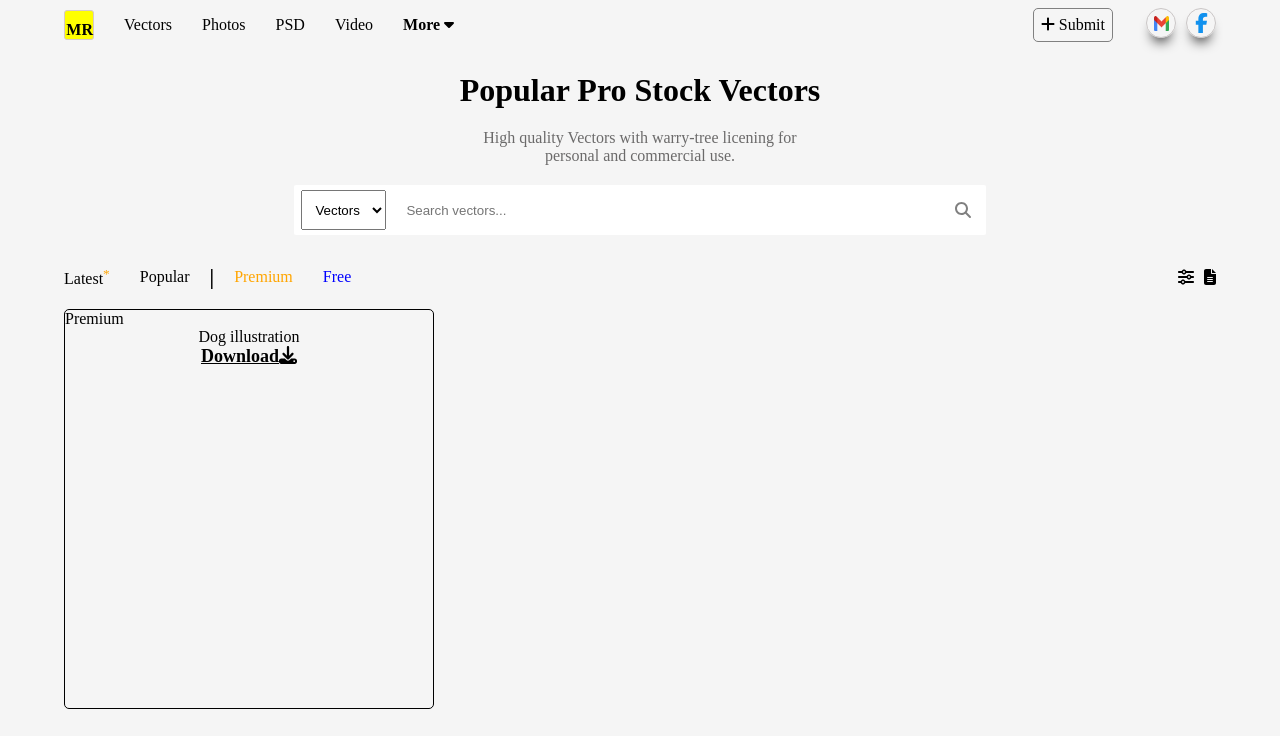
Repository: kegbaDev/VectorTemplate
Page: /
An editor plug-in stored every save of this project. The page is shown before and after a run of saves, followed by the edit.
The browser window is 1280 px wide. The pictures show the whole page.
The project was rebuilt for these pictures with package versions that can differ from the ones it lists, and the page was loaded fresh each time. Also part of the build but not shown: vite.config.js.

Above is the page before, as saved 2023-04-12 00:01:31.

After the next 18 saves:
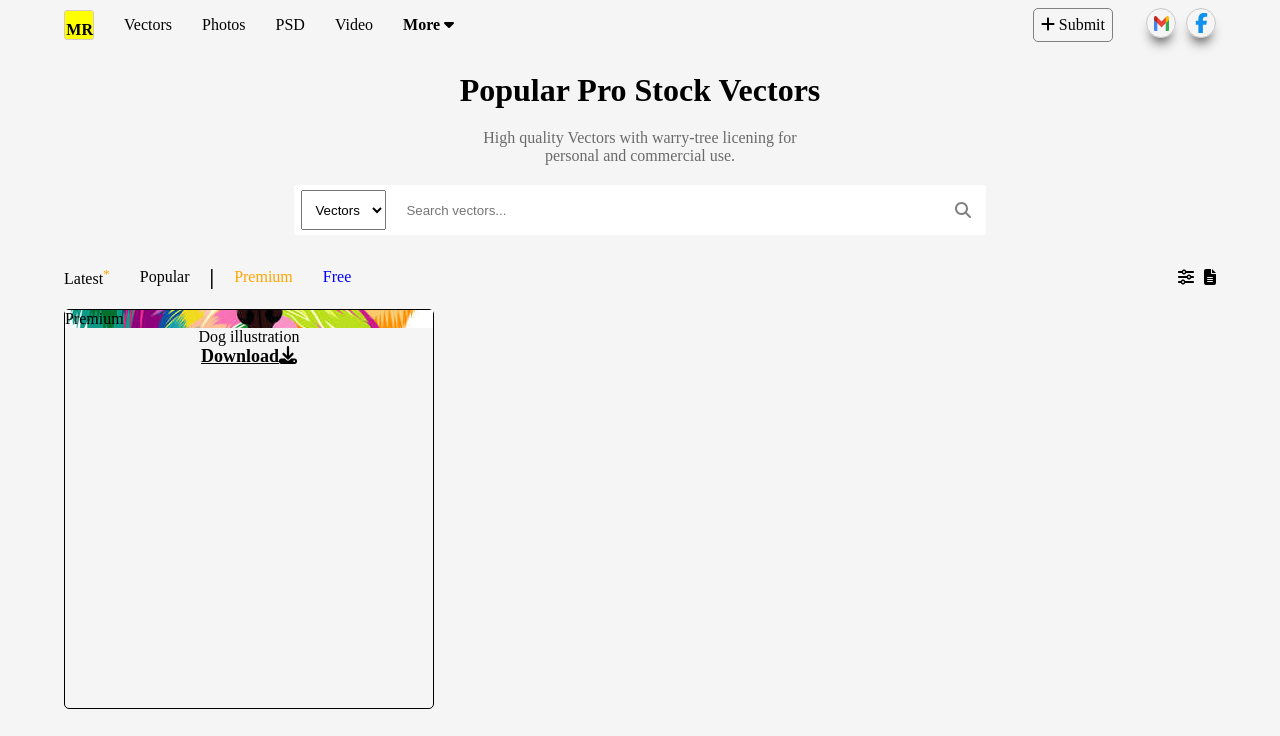
The 18 saves are shown as one change because 2 did not build or start and some came seconds apart.
The last was saved 54 s later.
--- a/src/App.vue
+++ b/src/App.vue
@@ -259,7 +259,9 @@ select{
   font-size: large;
 }
 .image_and_text_space{
-background-image: url();
+background-image: url(./assets/chien_color.jpg);
+background-repeat: no-repeat;
+background-position: center;
 }
 
 
